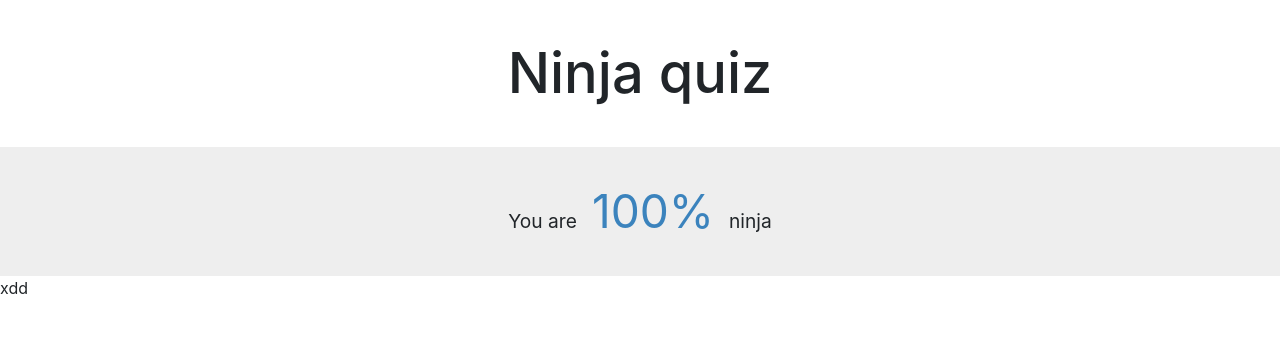
Repository: ajgors/config
Page: Nauka Js/Projekty/Quiz/index.html
The author's editor kept a copy of each file at every save. The page is drawn from the files as they stood at one save, then again after the next save.
The browser window is 1280 px wide. The pictures show the whole page.

Above is the page before, as saved 2019-08-11 18:26:49.
Console error: TypeError: Cannot read properties of null (reading 'addEventListener')

After the next save:
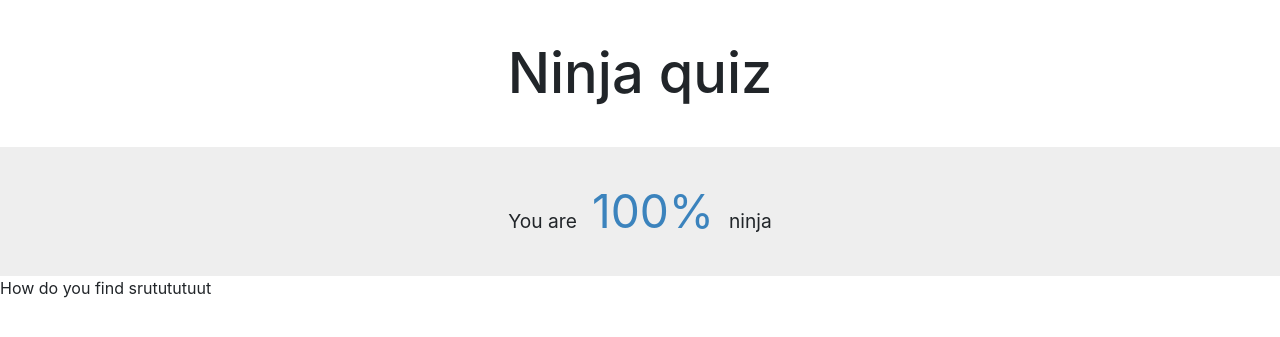
Saved 52 s later.
--- a/Nauka Js/Projekty/Quiz/index.html
+++ b/Nauka Js/Projekty/Quiz/index.html
@@ -91,10 +91,8 @@
 
 <div class="quiz">
     <form action="quiz-form">
-        <div>
-            <label for="">xdd
-
-            </label>
+        <div class="">
+            <p>How do you find srutututuut</p>
         </div>
     </form>
 </div>
